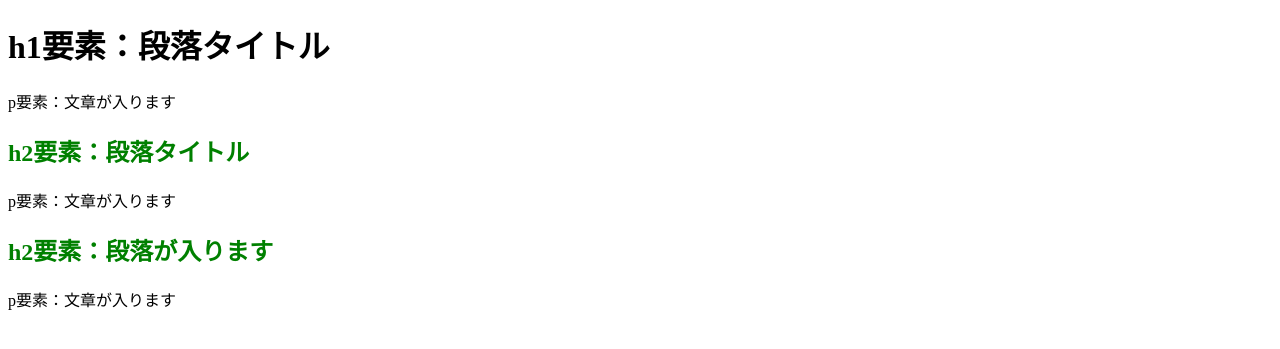
Repository: jittunYs/samurai_HTML-CSS
Page: index.html
The author's editor kept a record of every edit. The page is drawn from the files as they stood at one moment, then again after the next edit.
The browser window is 1280 px wide. The pictures show the whole page.

Above is the page before.

### index.html
<!DOCTYPE html>
<html lang = "ja">
    <head>
        <meta charset="UTF-8">
        <title>HTML/CSSの学習</title>
        <style>
            h2{color:green};
        </style>
    </head>
    <body>
        <h1>h1要素：段落タイトル</h1>
        <p>p要素：文章が入ります</p>
        <h2>h2要素：段落タイトル</h2>
        <p>p要素：文章が入ります</p>
        <h2>h2要素：段落が入ります</h2>
        <p>p要素：文章が入ります</p>
    </body>
</html>

After the next edit:
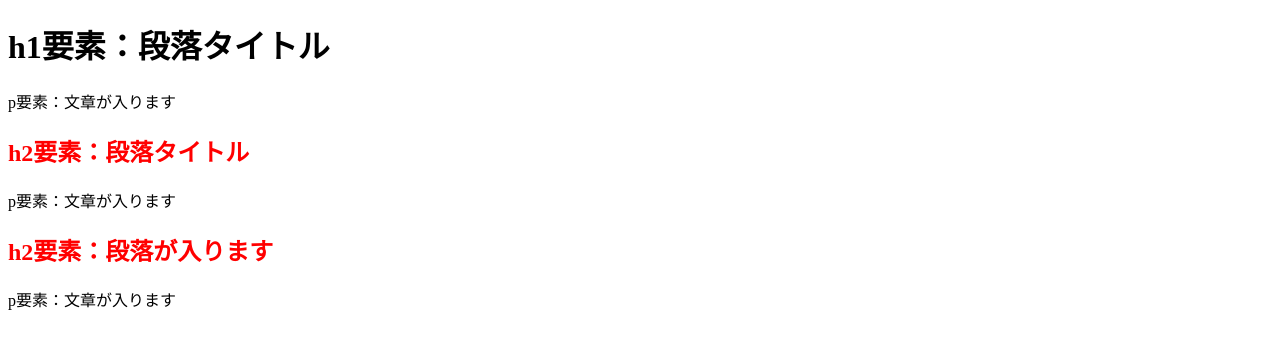
The edit:
--- a/index.html
+++ b/index.html
@@ -4,7 +4,9 @@
         <meta charset="UTF-8">
         <title>HTML/CSSの学習</title>
         <style>
-            h2{color:green};
+            h2{color:red
+
+            };
         </style>
     </head>
     <body>
